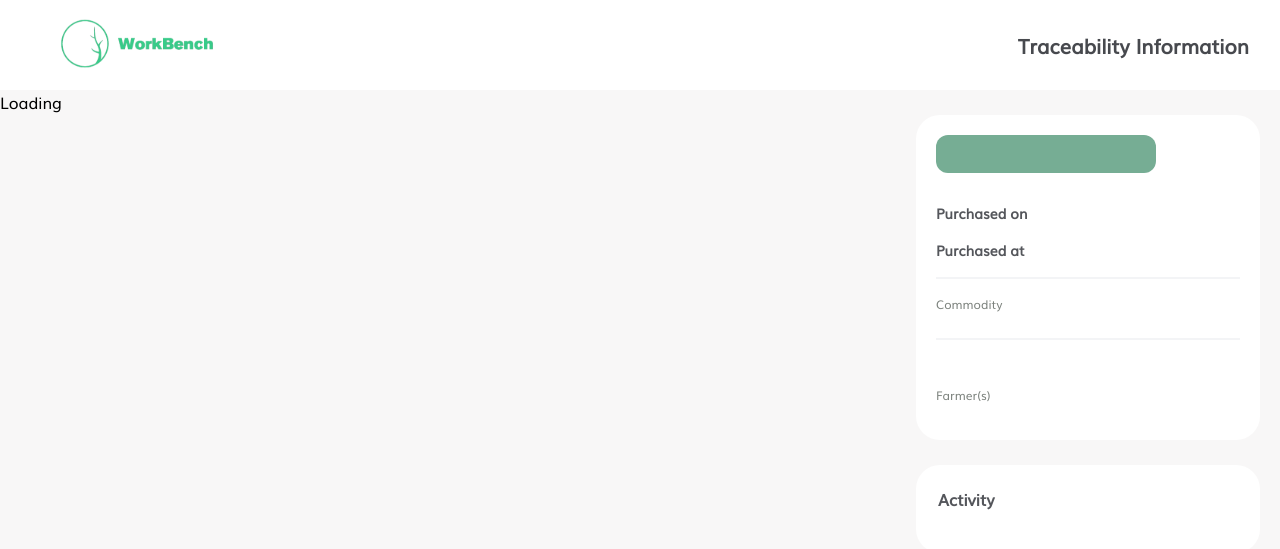
Repository: Hamezry/Traceability-Page
Page: /
These files come from the project's save history. The page is drawn as it stood at one moment and after the next save; the edit follows.
The browser window is 1280 px wide. The pictures show the whole page.
The page's requests for data from a server got no answer. The project was rebuilt for these pictures with package versions that can differ from the ones it lists, and the page was loaded fresh each time. No one was signed in, and anything a server would have sent is missing.

Above is the page before, as saved 2022-09-18 09:13:49.

### public/index.html
<!DOCTYPE html>
<html lang="en">
  <head>
    <meta charset="utf-8" />
    <meta name="viewport" content="width=device-width, initial-scale=1" />
    <meta name="theme-color" content="#000000" />
    <meta
      name="description"
      content="Web site created using create-react-app"
    />
    <link rel="preconnect" href="https://fonts.googleapis.com">
    <link rel="preconnect" href="https://fonts.gstatic.com" crossorigin>
    <!-- <link href="https://fonts.googleapis.com/css2?family=Mulish:wght@300;400;600&display=swap" rel="stylesheet"> -->
    <title>Traceability page</title>
  </head>
  <body>
    <noscript>You need to enable JavaScript to run this app.</noscript>
    <div id="root"></div>

  </body>
</html>

### src/index.css
@tailwind base;
@tailwind components;
@tailwind utilities;

@font-face {
    font-family: 'Muli';
    src: local('Muli'), url("./fonts/Muli-Regular.ttf") format("truetype");
}


@font-face {
    font-family: 'Muli';
    src: url('./fonts/Muli-Regular.ttf') format("truetype");
}

body {
    font-family: 'Muli' !important;
}

### src/App.js
import './index.css';
import Navbar from './components/Navbar';
import Information from './components/Information';
import Sidemap from './components/Sidemap';
import { BrowserRouter, Route, Routes } from 'react-router-dom';

function App() {
  return (
    <BrowserRouter>

      <Routes>

          <Route path='/' element={
            <div>
              <Navbar />
              <div className="lg:flex lg:justify-between w-full  lg:h-[calc(100vh-90px)] lg:overflow-y-hidden bg-[#f8f7f7]">
                <Sidemap />
                <Information />
              </div>

            </div>

          } />

      </Routes>
    </BrowserRouter>
  );
}

export default App;

### src/components/Navbar.js
import React from 'react'
import logo from '../Assets/logo.svg'

const Navbar = () => {
  return (
    <div className='w-full flex  lg:gap-[780px] 2xl:gap-[1040px] h-[90px] bg-white sticky font-muli  z-30  top-0 lg:items-center'>

        <img src= {logo} alt='nav-icon' className='h-[80px] w-[188px] lg:ml-[50px]'/>
        <p className='hidden lg:block text-[#47494E] font-semibold  text-[20px]'>Traceability Information</p>

    </div>
  )
}

export default Navbar

### src/components/Information.js
import React, { useEffect, useState } from 'react'
import image1 from '../Assets/image-2.png'
import purchased from '../Assets/purchase.svg'
import axios from 'axios'
import { useLocation } from 'react-router-dom'



function Information() {

    const [list, setList] = useState([])
    const search = useLocation().search;
    const qr_code = new URLSearchParams(search).get('qr_code')

    useEffect(() => {
        axios.get(`https://wb3test.afexnigeria.com/WB3/api/v1/traceability/info/${qr_code}`)
            .then(res => {
                setList(res.data.data)
                console.log(res.data)
            }).catch(err => {
                console.log(err)
            })
    }, [qr_code])


    return (
        <div className='lg:h-full  lg:w-[30%] font-muli lg:overflow-y-auto'>

            <div id="TQC" className=" z-10  top-0 flex lg:flex  flex-col px-[20px]">

                <div className="flex-1 flex bg-white lg:w-[100%] lg:mx-auto lg:mt-[25px] flex-col h-[556px] p-[20px] rounded-3xl">

                    {/*TQC */}
                    <div className='mb-4 border-b-2 border-b-gray-100 '>
                        <div className='bg-[#76AD94] text-white text-center py-2 font-semibold text-[16px] max-w-[220px] h-[38px] mb-[30px] rounded-xl'> <p>{list.qr_code}</p></div>
                        <p className='text-[#54565B] text-[14px] mb-4 font-semibold'>Purchased on <span className='font-normal'>{list.purchased_on}</span></p>
                        <p className=' text-[#54565B] text-[14px] mb-4 font-semibold'>Purchased at <span className='font-normal'>{list.purchased_at}</span></p>

                    </div>

                    <div className='mb-4 border-b-2  border-b-gray-100 '>
                        <p className='text-[#7C827D] text-[12px] mb-[25px] '>Commodity</p>
                        <p className='text-[#47494E] text-[14px] mb-4 font-medium '>{list.commodity}</p>

                    </div>

                    <div className='mt-[30px] mb-4'>

                        <p className='text-[#7C827D] text-[12px]'>Farmer(s)</p>

                        {
                            list?.farmers?.map((item, index) => {
                                return (
                                    <div key={index} className='w-[232px] h-[71px] shadow p-3 flex items-center mt-[20px] rounded-xl'>
                                        <img src={image1} alt='profilepic' />
                                        <p className='text-[#47494E] text-[16px] ml-5  font-medium '>{item.first_name} {item.last_name}<br /> <span className='text-[#707673] text-[12px]'>{item.age} years &nbsp; | &nbsp;  {item.gender}</span></p>
                                    </div>
                                )
                            })
                        }



                    </div>


                </div>



            </div>




            <div id="Activity" className=" top-0 flex lg:flex flex-shrink-0 flex-col px-[20px]">

                <div className="flex-1 flex bg-white lg:w-[100%] lg:mx-auto mt-[25px] mb-5 flex-col  h-[900px] p-[22px] rounded-3xl ">

                    <p className='text-[#54565B] mb-5 font-semibold text-[16px]'>Activity</p>

                    {list?.activities?.map((item, index) =>

                        <div key={index} className='flex justify-between stroke-amber-50 text-[#7C827D] 2xl:px-5 lg:px-0 text-[11px]'>

                            <div className='flex gap-2 xl:gap-2 md:gap-8'>

                                <div className='flex flex-col items-center'>
                                    <img src={purchased} alt='recp' />
                                    <div className='border border-dotted border-[#7C827D] min-h-[100px] max-h-[120px] w-[1px]'></div>

                                </div>
                                <div className='flex flex-col lg:w-[160px] md:w-[270px] w-[130px]' >
                                    <p className='font-semibold mt-2 lg:text-[13px]'>{item.action} </p>
                                    <span className='text-[#7C827D] text-[9px] mt-2 lg:text-[11px]'>{item.description}</span>
                                </div>



                            </div>
                            <p className='text-[#76AD94] text-[9px] mt-2 xl:text-[10px]'> <span>{item.created}</span> </p>

                        </div>
                    )}






                </div>





            </div>


        </div>);
}

export default Information

### src/components/Sidemap.js
import React from 'react'
import {useJsApiLoader, GoogleMap, Marker} from '@react-google-maps/api';

const center = {lat:48.8584, lng:2.294}

function Sidemap() {

  const { isLoaded } = useJsApiLoader({
    googleMapsApiKey:process.env.REACT_APP_GOOGLE_MAPS_API_KEY,
  });

  if (!isLoaded){
    return <h1>Loading</h1>
  }
  return (

    <div class= "h-[600px] w-full lg:h-[calc(100vh-90px)] lg:w-[70%]">

      <div className='hidden lg:block p-4 lg:p-0 lg:w-full h-[100%]'>
          <GoogleMap
          mapContainerStyle={{width:'100%', height:'100%'}}
          center={center} zoom={15}
          options={{
            zoomControl:false,
            streetViewControl:false,
            mapTypeControl:false,
            fullscreenControl:false,
          }}
          >
            <Marker position={center}/>

          </GoogleMap>
      </div>

      <div className='lg:hidden p-4 lg:p-0 lg:w-full h-[100%]'>
          <GoogleMap
          mapContainerStyle={{width:'100%', height:'100%', borderRadius:'50px'}}
          center={center} zoom={15}
          options={{
            zoomControl:false,
            streetViewControl:false,
            mapTypeControl:false,
            fullscreenControl:false,
          }}
          >
            <Marker position={center}/>

          </GoogleMap>
      </div>


    </div>

  )
}

export default Sidemap

### tailwind.config.js

/** @type {import('tailwindcss').Config} */
module.exports = {
  content: [
    "./src/**/*.{js,jsx,ts,tsx}",
  ],
  theme: {
    extend: {
      fontFamily:{
        'Muli':['Muli', 'san-serif']
      }
    },
  },
  plugins: [],
}

Loaded but not shown: src/index.js (common file)

After the next save:
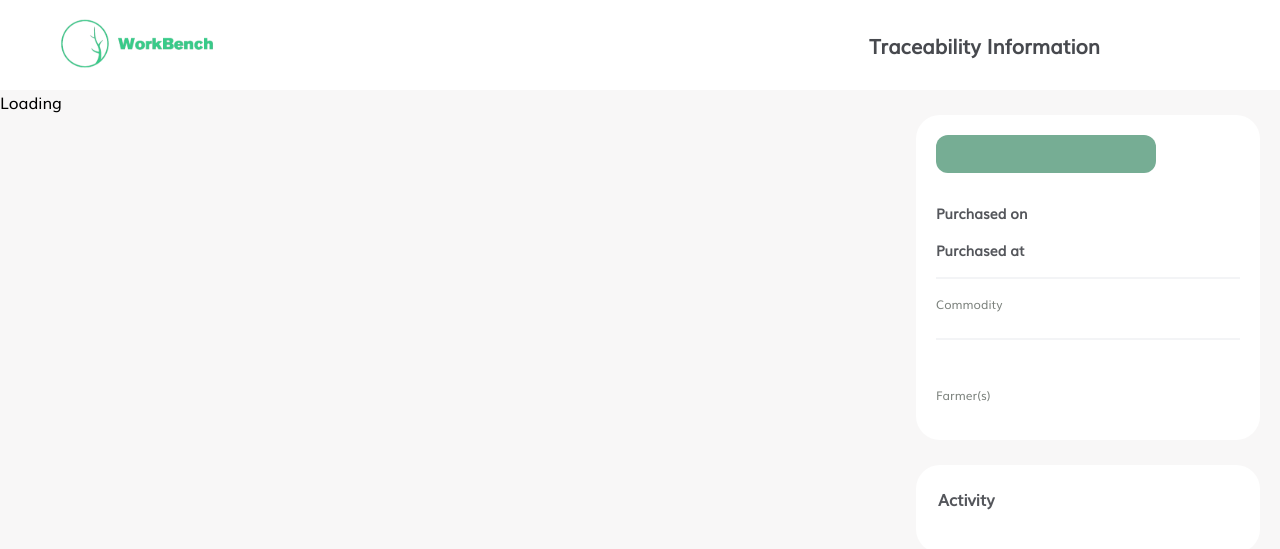
Saved 14 min 33 s later.
--- a/src/components/Navbar.js
+++ b/src/components/Navbar.js
@@ -3,10 +3,10 @@ import logo from '../Assets/logo.svg'
 
 const Navbar = () => {
   return (
-    <div className='w-full flex  lg:gap-[780px] 2xl:gap-[1040px] h-[90px] bg-white sticky font-muli  z-30  top-0 lg:items-center'>
+    <div className='w-full flex justify-center h-[90px] bg-white sticky font-muli  z-30  top-0 lg:items-center lg:justify-between '>
 
         <img src= {logo} alt='nav-icon' className='h-[80px] w-[188px] lg:ml-[50px]'/>
-        <p className='hidden lg:block text-[#47494E] font-semibold  text-[20px]'>Traceability Information</p>
+        <p className='hidden lg:block mr-[230px] lg:mr-[180px] 2xl:mr-[290px] text-[#47494E] font-semibold  text-[20px]'>Traceability Information</p>
 
     </div>
   )
